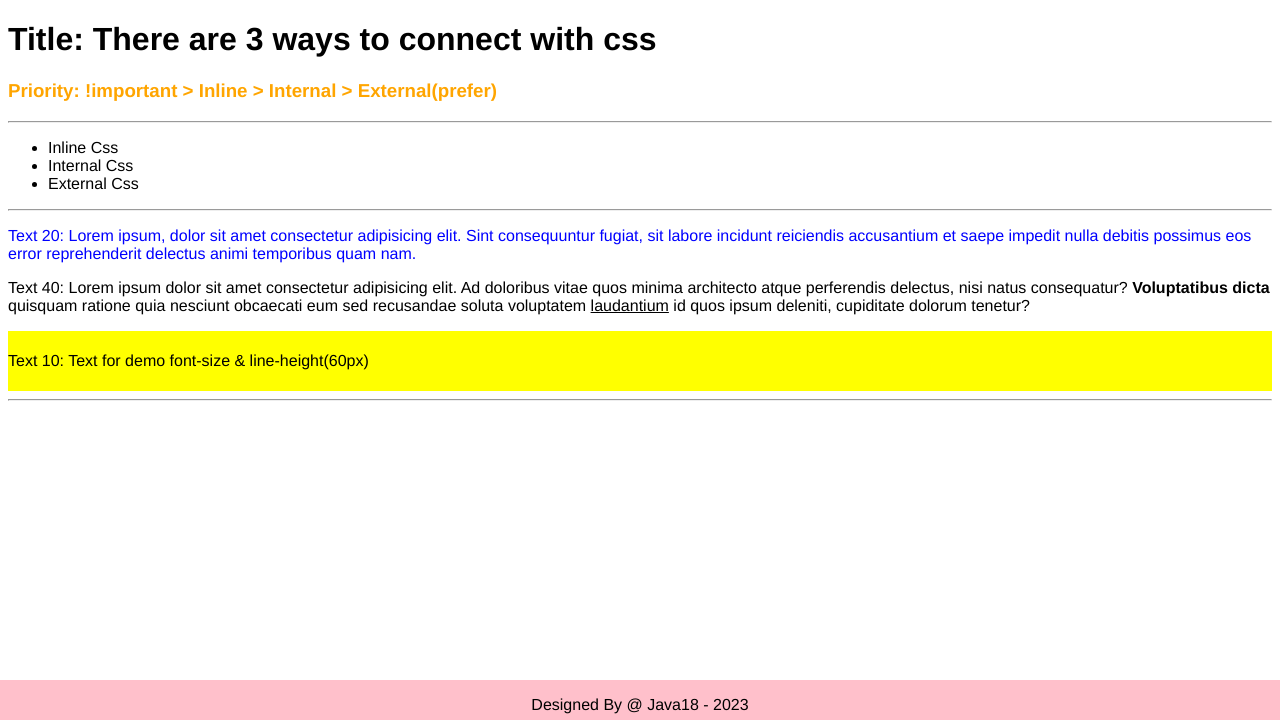
Repository: j4tdn/java18-repository
Page: 2. CSS3/ex03-base-content-basic-properties.html
An editor plug-in stored every save of this project. The page is shown before and after the next save, followed by the edit.
The browser window is 1280 px wide. The pictures show the whole page.

Above is the page before, as saved 2023-10-21 18:33:56.

After the next save:
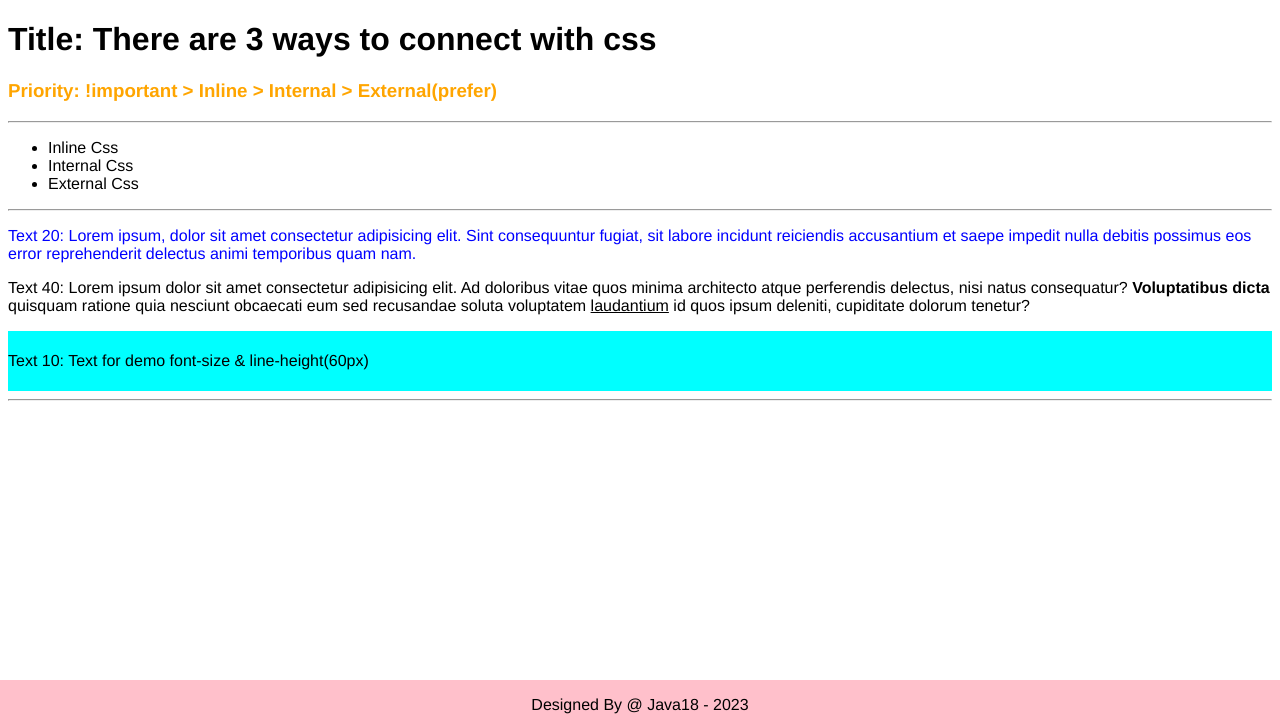
Saved 22 s later.
--- a/2. CSS3/css/style-base.css
+++ b/2. CSS3/css/style-base.css
@@ -28,7 +28,7 @@
 /* EX03: BASE CONTENT BASIC DEMO */
 .parent-text10lh {
   height: 60px;
-  background-color: yellow;
+  background-color: cyan;
 }
 .text10lh {
   line-height: 60px;
